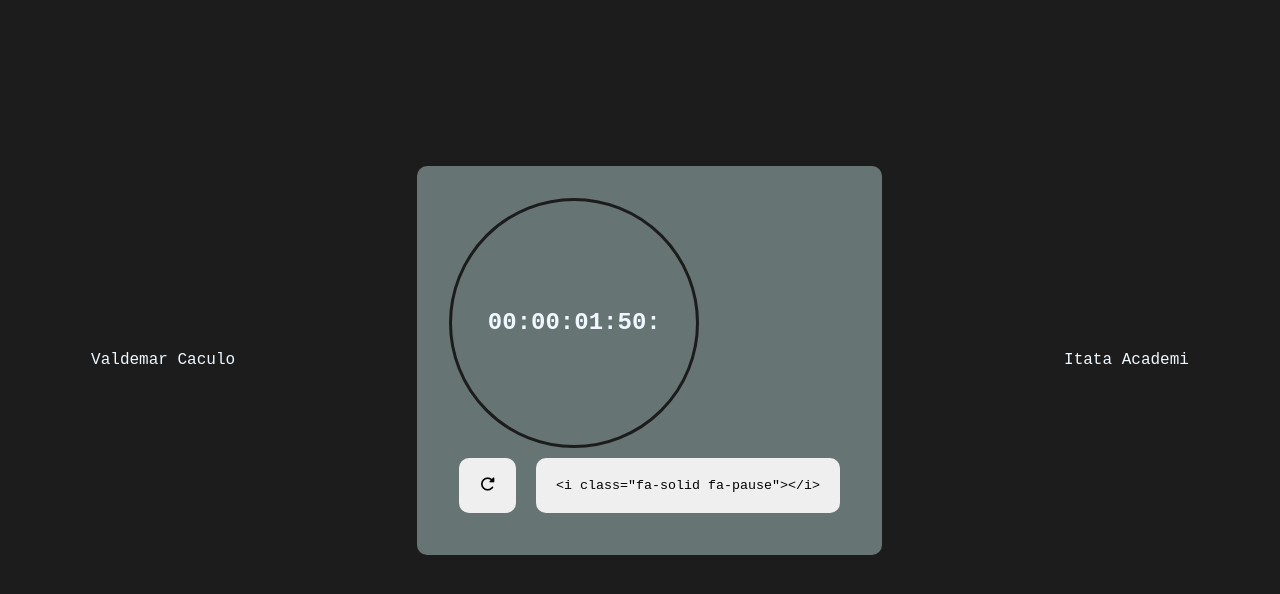
Repository: ValdemarCaculo/TEMPORIZADOR
Page: index.html
These files come from the project's save history. The page is drawn as it stood at one moment and after a run of saves; the edit follows.
The browser window is 1280 px wide. The pictures show the whole page.
After loading, the first visible `#inicio` was clicked once.
Some web libraries are served in a nearby version.

Above is the page before, as saved 2025-12-06 16:59:19.

After the next 3 saves:
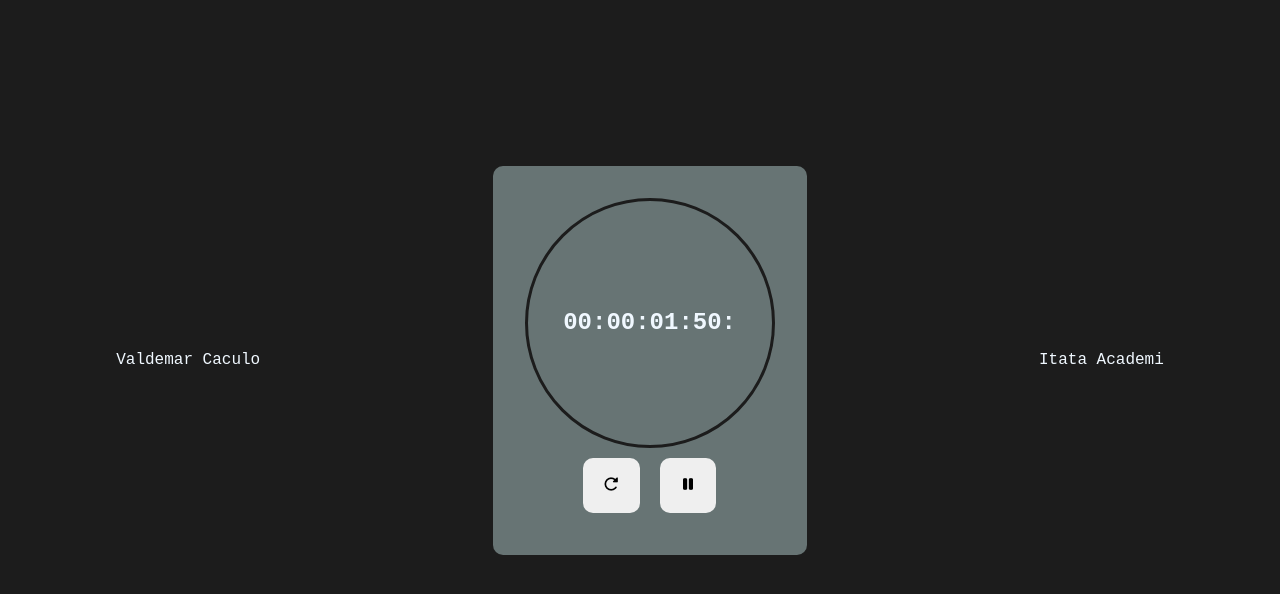
The 3 saves are shown as one change because they came seconds apart.
The last was saved 13 s later.
--- a/js/script.js
+++ b/js/script.js
@@ -22,7 +22,7 @@ const elementosA = () => {
             inserir(tempoA)
         }, 10);
         button.setAttribute('accao', 'pause');
-        button.innerText = '<i class="fa-solid fa-pause"></i>';
+        button.innerHTML = '<i class="fa-solid fa-pause"></i>';
     } else if (accao == 'pause') {
         button.setAttribute('accao', 'continue');
         button.innerText = '<i class="fa-solid fa-play"></i>';
